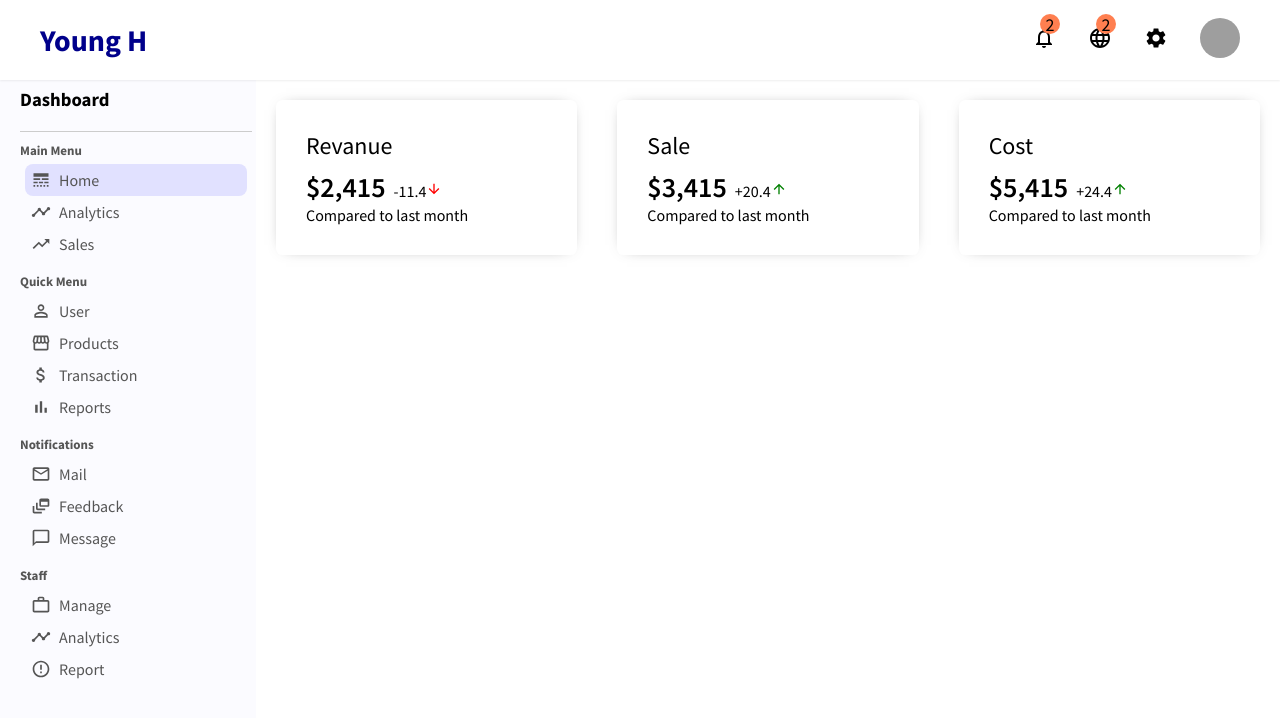
Repository: noname20011/admin
Page: /
The author's editor kept a copy of each file at every save. The page is drawn from the files as they stood at one save, then again after the next save.
The browser window is 1280 px wide. The pictures show the whole page.
Pictures or frames that could not be fetched are drawn as grey boxes. The project was rebuilt for these pictures with package versions that can differ from the ones it lists, and the page was loaded fresh each time.

Above is the page before, as saved 2021-11-13 11:17:19.

### public/index.html
<!DOCTYPE html>
<html lang="en">
  <head>
    <meta charset="utf-8" />
    <link rel="icon" href="%PUBLIC_URL%/favicon.ico" />
    <meta name="viewport" content="width=device-width, initial-scale=1" />
    <meta name="theme-color" content="#000000" />
    <meta
      name="description"
      content="Web site created using create-react-app"
    />
    <!-- GOOGLE FONTS -->
    <link href="https://fonts.googleapis.com/css2?family=Source+Sans+Pro:wght@200;300;400;600;700;900&display=swap" rel="stylesheet">
    <style>
      * {
        font-family: 'Source Sans Pro', sans-serif;
        padding: 0;
        margin: 0;
      }
    </style>
    <title>React Admin App</title>
  </head>
  <body>
    <div id="root"></div>
  </body>
</html>

### src/App.js
import Topbar from "./comopnents/topbar/Topbar";
import Sidebar from "./comopnents/sidebar/Sidebar";
import Home from "./pages/home/Home.jsx"
import './app.css'
function App() {
  return (
    <div>
      <Topbar/>
      <div className="container">
        <Sidebar/>
        <Home/>
      </div>
    </div>
  );
}

export default App;

### src/comopnents/topbar/Topbar.jsx
import React from 'react'
import './topbar.css'

import { Language, NotificationsNone, Settings  } from '@material-ui/icons'

export default function Topbar() {
    return (
        <div className="topbar">
            <div className="topbarWrapper">
                <div className="topLeft">
                    <div className="logo">Young H</div>
                </div>
                <div className="topRight">
                    <div className="topbarIconContainer">
                        <NotificationsNone/>
                        <div className="topIconsBadge">2</div>
                    </div>
                    <div className="topbarIconContainer">
                        <Language/>
                        <div className="topIconsBadge">2</div>
                    </div>
                    <div className="topbarIconContainer">
                        <Settings/>
                    </div>
                    <div>
                        <img src="https://images.pexels.com/photos/1526814/pexels-photo-1526814.jpeg?auto=compress&cs=tinysrgb&dpr=2&w=500" alt="admin" className="topAvatar"/>
                    </div>
                </div>
            </div>
        </div>
    )
}

### src/comopnents/sidebar/Sidebar.jsx
import { AttachMoney, BarChart, ChatBubbleOutline, DynamicFeed, ErrorOutline, LineStyle, MailOutlined, PersonOutline, Storefront, Timeline, TrendingUp,  WorkOutlineOutlined } from '@material-ui/icons'
import React from 'react'
import "./sidebar.css"
export default function Sidebar() {
    return (
        <div className="sidebar">
            <div className="sidebarWrapper">
                <h3 className="sidebarTitle">Dashboard</h3>
                <div className="sidebarMenu">
                    <h4 className="sidebarMenuTitle">Main Menu</h4>
                    <ul className="sidebarLists">
                        <li className="sidebarListItem active">
                            <LineStyle className="sidebarIcon"/>
                            Home
                        </li>
                        <li className="sidebarListItem">
                            <Timeline className="sidebarIcon"/>
                            Analytics
                        </li>
                        <li className="sidebarListItem">
                            <TrendingUp className="sidebarIcon"/>
                            Sales
                        </li>
                    </ul>
                </div>
                <div className="sidebarMenu">
                    <h4 className="sidebarMenuTitle">Quick Menu</h4>
                    <ul className="sidebarLists">
                        <li className="sidebarListItem">
                            <PersonOutline className="sidebarIcon"/>
                            User
                        </li>
                        <li className="sidebarListItem">
                            <Storefront className="sidebarIcon"/>
                            Products
                        </li>
                        <li className="sidebarListItem">
                            <AttachMoney className="sidebarIcon"/>
                            Transaction
                        </li>
                        <li className="sidebarListItem">
                            <BarChart className="sidebarIcon"/>
                            Reports
                        </li>
                    </ul>
                </div>
                <div className="sidebarMenu">
                    <h4 className="sidebarMenuTitle">Notifications</h4>
                    <ul className="sidebarLists">
                        <li className="sidebarListItem">
                            <MailOutlined className="sidebarIcon"/>
                            Mail
                        </li>
                        <li className="sidebarListItem">
                            <DynamicFeed className="sidebarIcon"/>
                            Feedback
                        </li>
                        <li className="sidebarListItem">
                            <ChatBubbleOutline className="sidebarIcon"/>
                            Message
                        </li>
                    </ul>
                </div>
                <div className="sidebarMenu">
                    <h4 className="sidebarMenuTitle">Staff</h4>
                    <ul className="sidebarLists">
                        <li className="sidebarListItem">
                            <WorkOutlineOutlined className="sidebarIcon"/>
                            Manage
                        </li>
                        <li className="sidebarListItem">
                            <Timeline className="sidebarIcon"/>
                            Analytics
                        </li>
                        <li className="sidebarListItem">
                            <ErrorOutline className="sidebarIcon"/>
                            Report
                        </li>
                    </ul>
                </div>
            </div>
        </div>
    )
}

### src/pages/home/Home.jsx
import "./home.css"
import Feature from "../../comopnents/featureInfo/Feature"

export default function Home() {
    return (
        <div className="home">
            <Feature/>
        </div>
    )
}

### src/app.css
ul, li {
    list-style: none;
}

a {
    text-decoration: none;
}

.container {
    display: flex;
}

.other {
    flex: 4;
}

### src/comopnents/topbar/topbar.css
.topbar {
    width: 100%;
    height: 80px;
    background: #fff;
    box-shadow: 0 .5px 2px rgba(0, 0, 0, 0.07);

    position: sticky;
    top: 0;
    z-index: 1000;
}

.topbarWrapper {
    height: 100%;
    padding: 0 40px;
    display: flex;
    justify-content: space-between;
    align-items: center;
}

.logo {
    font-weight: bold;
    font-size: 30px;
    color: darkblue;
    cursor: pointer;
}

.topRight {
    display: flex;
    align-items: center;
    column-gap: 2rem;
}
.topbarIconContainer {
    position: relative;
    cursor: pointer;
}

.topIconsBadge {
    font-size: 18px;
    position: absolute;
    top: -12px;
    right: -4px;

    width: 20px;
    height: 20px;
    background-color: coral;
    border-radius: 50%;

    display: flex;
    place-content: center;
    place-items: center;
}

.topAvatar {
    width: 40px;
    height: 40px;
    object-fit: cover;
    border-radius: 50%;
    cursor: pointer;
}

### src/comopnents/sidebar/sidebar.css
.sidebar {
    flex: 1;
    background-color: rgb(251, 251, 255);
    position: sticky;
    top: 80px;
    height: calc(100vh - 80px);
}

.sidebarWrapper {
    padding: 8px 4px 0 20px;
}

.sidebarTitle {
    padding-bottom: 20px;
    margin-bottom: 10px;
    border-bottom: 1px solid #ccc;
}

.sidebarMenu {
    margin-bottom: 8px;
}

.sidebarMenuTitle {
    color: #555;
    font-size: 13px;
}

.sidebarLists {
    padding: 5px;
}

.sidebarListItem {
    display: flex;
    align-items: center;
    column-gap: .5rem;

    padding: 6px;
    color: #555;
    cursor: pointer;
    border-radius: .5rem;
}

.sidebarListItem.active,
.sidebarListItem:hover {
    background-color: rgb(225, 225, 255);
}

.sidebarIcon {
    font-size: 20px!important;
}

### src/pages/home/home.css
.home {
    flex: 4;
}

### src/comopnents/featureInfo/Feature.jsx
import { ArrowDownward, ArrowUpward } from '@material-ui/icons'
import "./feature.css"

export default function Feature() {
    return (
        <div className="featured">
            <div className="featuredItem">
                <span className="featuredTitle">Revanue</span>
                <div className="featuredMoneyContainer">
                    <span className="featuredMoney">$2,415</span>
                    <span className="featuredMoneyRate">-11.4
                        <ArrowDownward className="featuredIcon negative"/>
                    </span>
                </div>
                <span className="featuredSub">Compared to last month
                </span>
            </div>

            <div className="featuredItem">
                <span className="featuredTitle">Sale</span>
                <div className="featuredMoneyContainer">
                    <span className="featuredMoney">$3,415</span>
                    <span className="featuredMoneyRate">+20.4
                        <ArrowUpward className="featuredIcon "/>
                    </span>
                </div>
                <span className="featuredSub">Compared to last month
                </span>
            </div>

            <div className="featuredItem">
                <span className="featuredTitle">Cost</span>
                <div className="featuredMoneyContainer">
                    <span className="featuredMoney">$5,415</span>
                    <span className="featuredMoneyRate">+24.4
                        <ArrowUpward className="featuredIcon "/>
                    </span>
                </div>
                <span className="featuredSub">Compared to last month</span>
            </div>
        </div>
    )
}

### src/comopnents/featureInfo/feature.css
.featured {
    display: flex;
    justify-content: space-between;
    width: 100%;
}
.featuredItem {
    flex: 1;
    margin: 20px 20px;
    padding: 30px;
    border-radius: .4rem;
    cursor: pointer;
    -webkit-box-shadow: 0px 0px 15px -10px rgba(0, 0, 0, 0.75);
    box-shadow: 0px 0px 15px -10px rgba(0, 0, 0, 0.75);
}

.featuredTitle {
    font-size: 24px;
    margin-bottom: 8px;
    display: block;
}

.featuredMoneyContainer {
    margin-top: 6px;
}

.featuredMoney {
    font-weight: 600;
    font-size: 28px;
}

.featuredMoneyRate {
    font-size: 16px;
    margin-left: 8px;
}

.featuredIcon {
    font-size: 16px!important;
    color: green;
}

.featuredIcon.negative {
    color: red;
}

Loaded but not shown: src/index.js (common file)

After the next save:
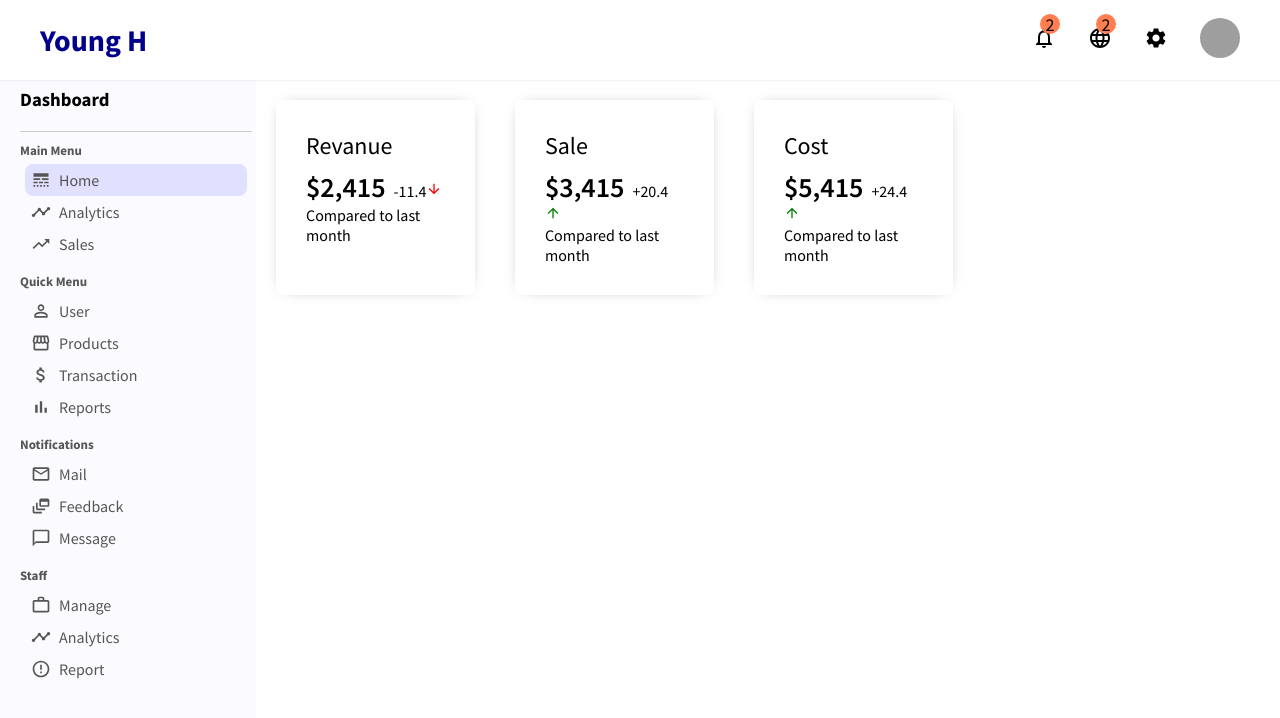
Saved 53 s later.
--- a/src/comopnents/featureInfo/feature.css
+++ b/src/comopnents/featureInfo/feature.css
@@ -1,7 +1,7 @@
 .featured {
     display: flex;
     justify-content: space-between;
-    width: 100%;
+    width: 70%;
 }
 .featuredItem {
     flex: 1;

After the save that followed:
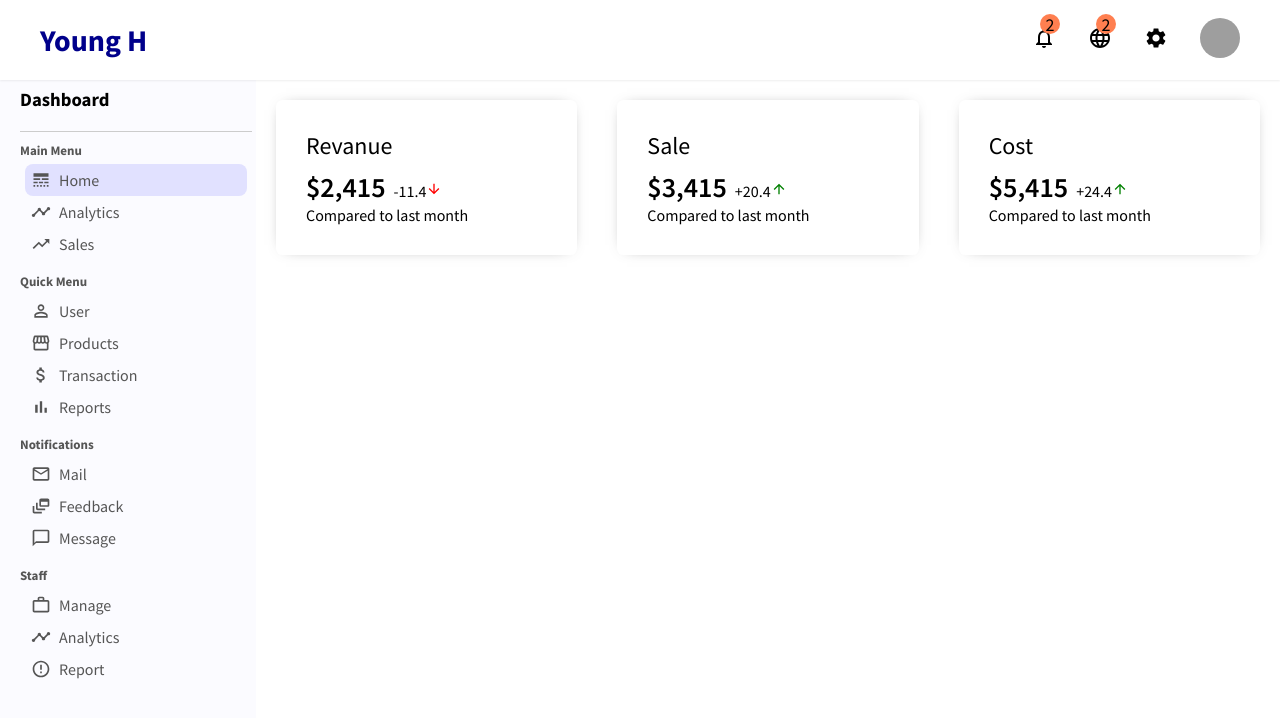
Saved 5 s later.
--- a/src/comopnents/featureInfo/feature.css
+++ b/src/comopnents/featureInfo/feature.css
@@ -1,7 +1,7 @@
 .featured {
     display: flex;
     justify-content: space-between;
-    width: 70%;
+    width: 100%;
 }
 .featuredItem {
     flex: 1;
